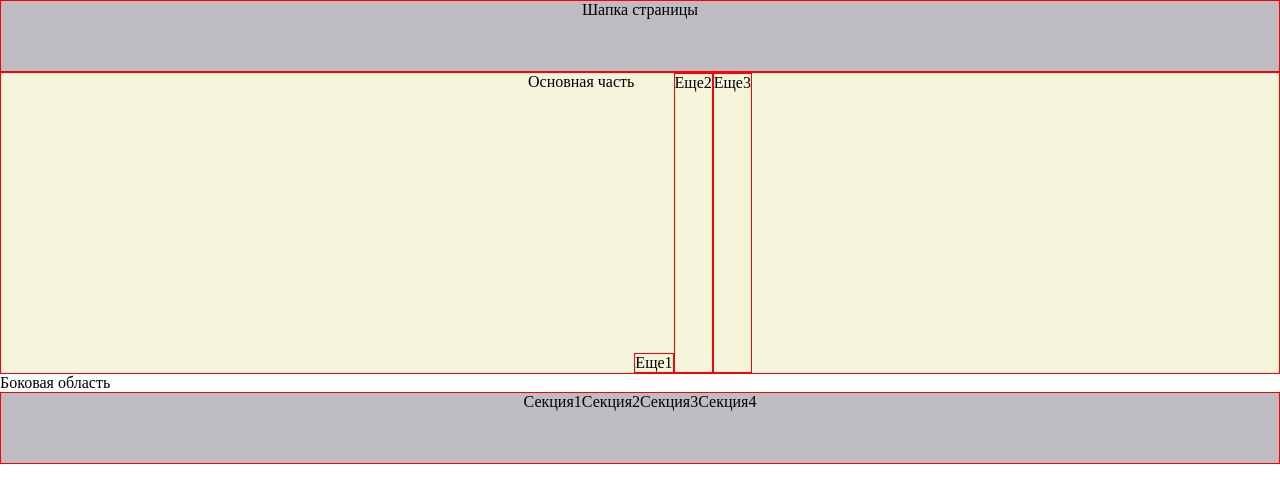
Repository: IrinaGetmanenko/week5
Page: week5/index.html
The author's editor kept a copy of each file at every save. The page is drawn from the files as they stood at one save, then again after the next save.
The browser window is 1280 px wide. The pictures show the whole page.

Above is the page before, as saved 2022-08-28 17:20:38.

After the next save:
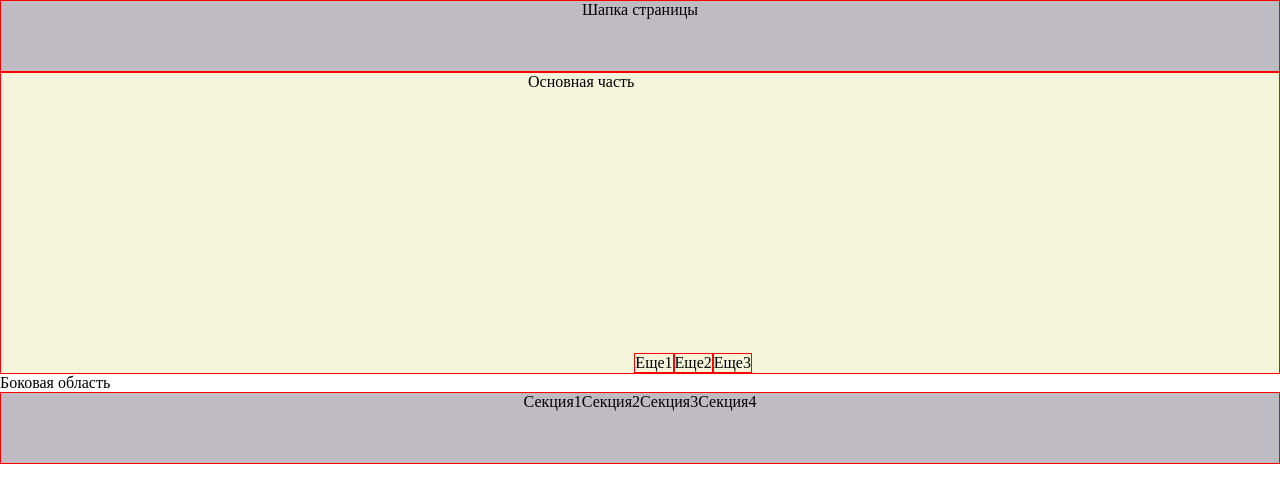
Saved 15 s later.
--- a/week5/index.html
+++ b/week5/index.html
@@ -37,10 +37,12 @@
     }
     .section2{
         border: 1px solid red;
+        align-self: flex-end;
     }
 
     .section3{
         border: 1px solid red;
+        align-self: flex-end;
     }
     .footer{
         display: flex;
